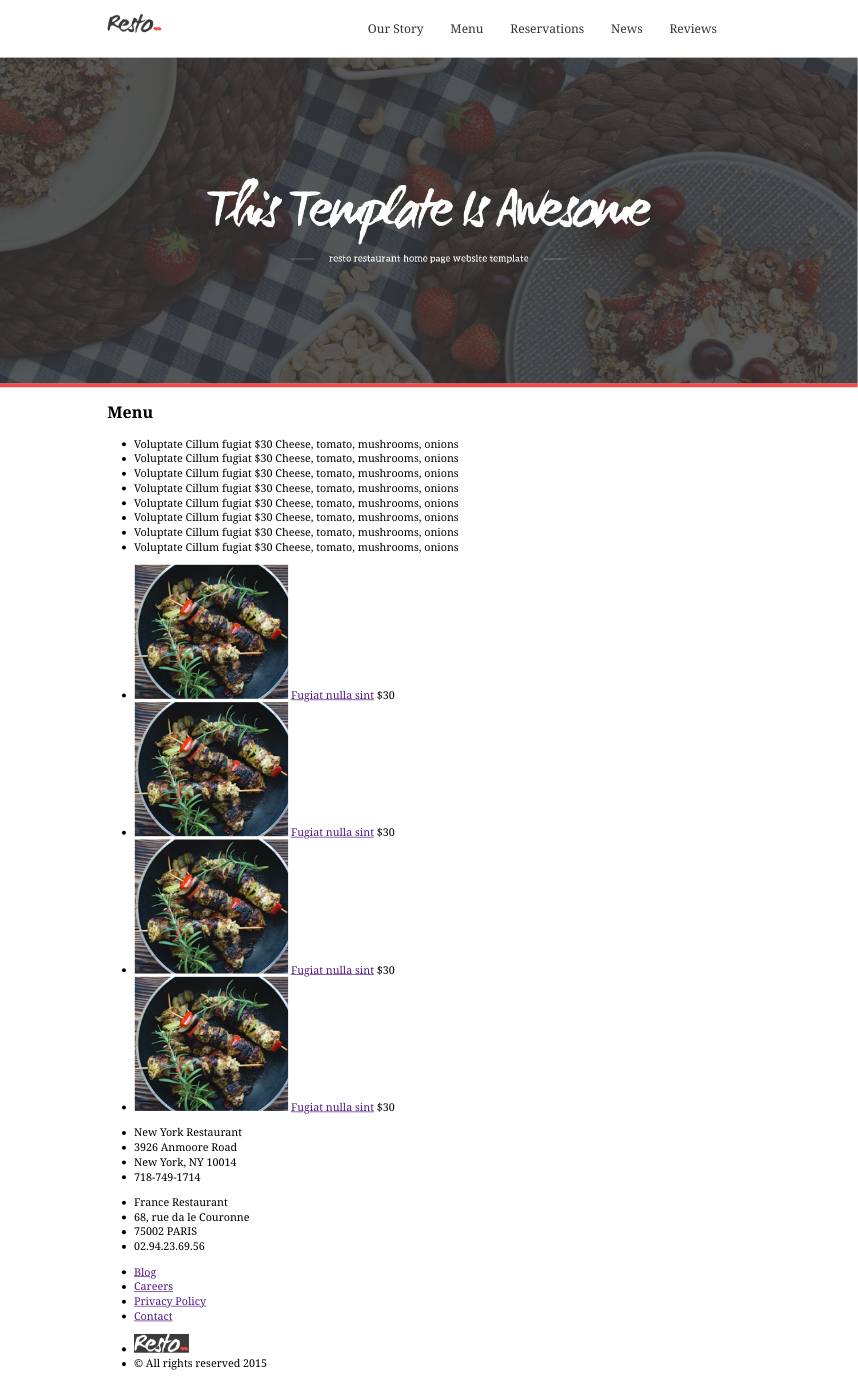
Repository: Piterwk1/psd-to-wordpress
Page: index.html
These files come from the project's save history. The page is drawn as it stood at one moment and after the next save; the edit follows.
The browser window is 1280 px wide. The pictures show the whole page, at 67% of full size.

Above is the page before, as saved 2021-09-23 00:49:08.

After the next save:
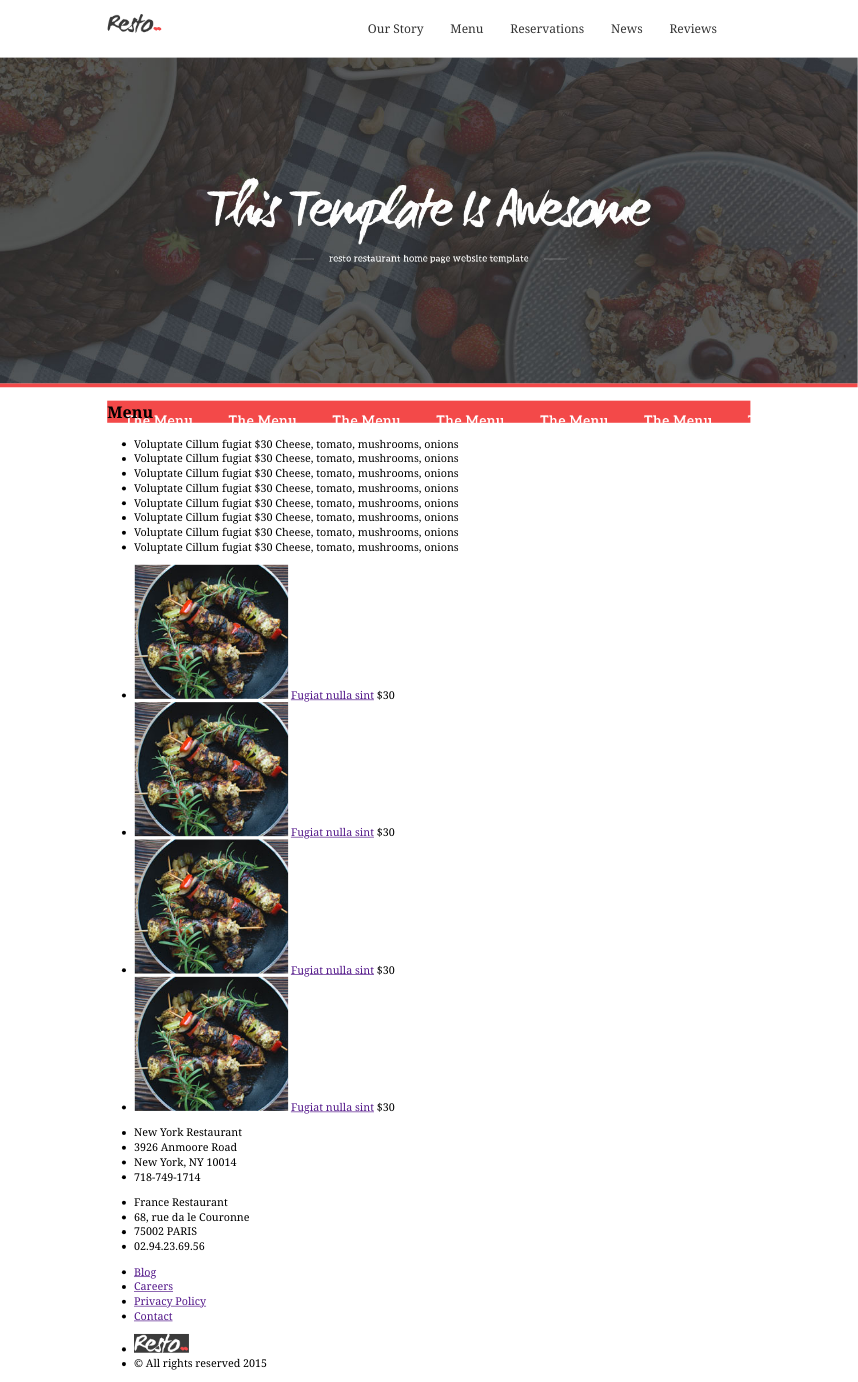
Saved 2 min 47 s later.
--- a/style.css
+++ b/style.css
@@ -62,3 +62,7 @@ nav {
 #main-banner img {
     border-bottom: 6px solid #f34949;
 }
+
+#home-menu h2 {
+    background-image: url(images/menu-head.png);
+}
